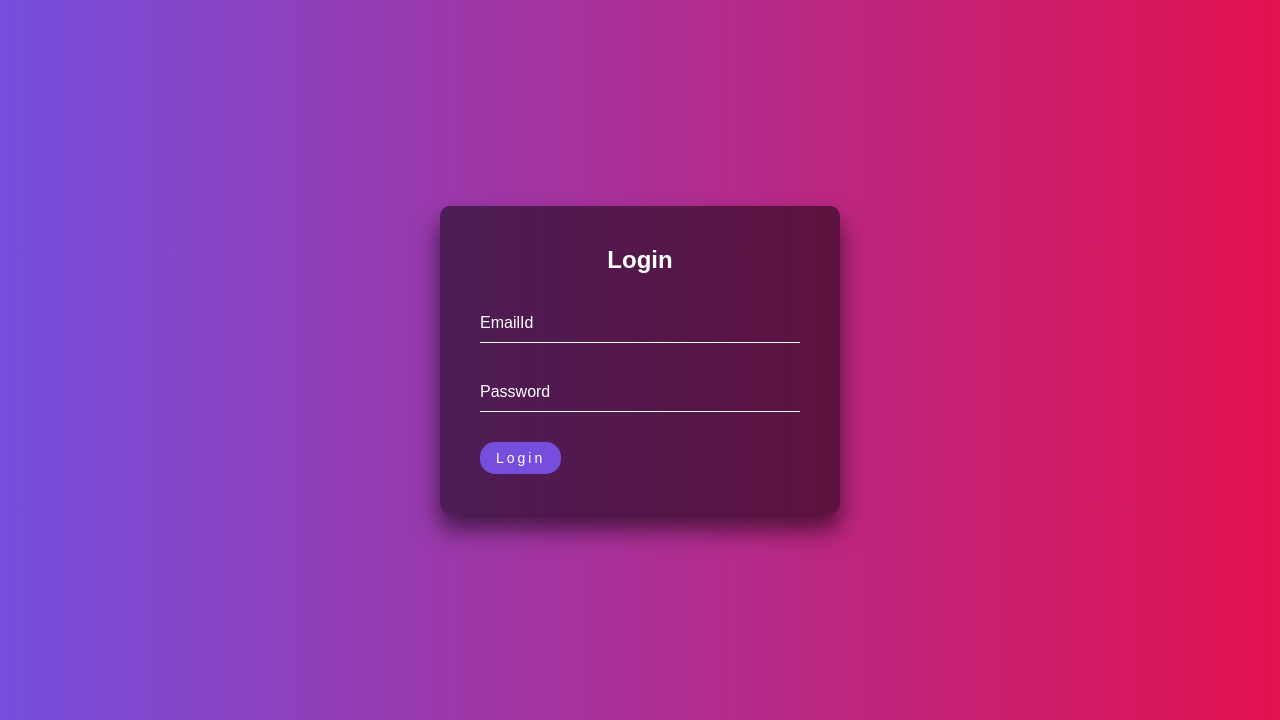
Repository: trilokdav/BATCH9BTR
Page: http://localhost/BusinessTripRequest/
An editor plug-in stored every save of this project. The page is shown before and after the next save, followed by the edit.
The browser window is 1280 px wide. The pictures show the whole page.
The page is served by Tomcat 9.

Above is the page before, as saved 2022-04-21 06:28:33.
Console error: SyntaxError: Unexpected token '{'

### TECH9BTR/BusinessTripRequest/src/main/webapp/index.jsp
<%@ page language="java" contentType="text/html; charset=ISO-8859-1"
 pageEncoding="ISO-8859-1"%>
<!DOCTYPE html>
<html lang="en">

<head>
  <meta charset="UTF-8">
  <meta http-equiv="X-UA-Compatible" content="IE=edge">
  <meta name="viewport" content="width=device-width, initial-scale=1.0">
  <link href="css/login_style.css" rel="stylesheet" type="text/css">
  <title>Login</title>
  <style>
  .button
{
  text-align: center;
  margin:0 auto;
  align:center;

}
  </style>
</head>

<body>
	<% session.invalidate(); %>

	<div class="login-box">
    <h2>Login</h2>

    <form method="post" action="login.jsp">

      <div class="user-box">
        <input type="text" name="email" required>
        <label>EmailId</label>
      </div>
      <div class="user-box">
        <input type="password" name="password" required>
        <label>Password</label>
      </div>

     <input class="button" type="submit" name="submit" value="Login">
    </form>
  </div>
</body>
<script type="text/javascript">
   var status=document.getElementById("status");
   if(status=="success"{
	   console.log("Logged In");
   })

</script>
</html>

### TECH9BTR/BusinessTripRequest/src/main/webapp/css/login_style.css
html {
  height: 100%;
}

body {
  margin: 0;
  padding: 0;
  font-family: sans-serif;
  background: linear-gradient(to right, #754edd, #e2114f);
}



.login-box {
  position: absolute;
  top: 50%;
  left: 50%;
  width: 400px;
  padding: 40px;
  transform: translate(-50%, -50%);
  background: rgba(0, 0, 0, .5);
  box-sizing: border-box;
  box-shadow: 0 15px 25px rgba(0, 0, 0, .6);
  border-radius: 10px;
}

.login-box h2 {
  margin: 0 0 30px;
  padding: 0;
  color: #fff;
  text-align: center;
}

.login-box .user-box {
  position: relative;
}

.login-box .user-box input {
  width: 100%;
  padding: 10px 0;
  font-size: 16px;
  color: #fff;
  margin-bottom: 30px;
  border: none;
  border-bottom: 1px solid #fff;
  outline: none;
  background: transparent;
}

.login-box .user-box label {
  position: absolute;
  top: 0;
  left: 0;
  padding: 10px 0;
  font-size: 16px;
  color: #fff;
  pointer-events: none;
  transition: .5s;
}

.login-box .user-box input:focus~label,
.login-box .user-box input:valid~label {
  top: -20px;
  left: 0;
  color: #8fe7e0;
  font-size: 12px;
}

.login-box form button {
  position: relative;
  display: inline-block;
  padding: 8px 16px;
  color: #ffffff;
  background: #754edd;
  border-radius: 15px;
  font-size: 14px;
  text-decoration: none;
  overflow: hidden;
  transition: .5s;
  margin-top: 40px;
  letter-spacing: 3px;
  border: none;
}

.button {
  position: relative;
  display: inline-block;
  padding: 8px 16px;
  color: #ffffff;
  background: #754edd;
  border-radius: 15px;
  font-size: 14px;
  text-decoration: none;
  overflow: hidden;
  transition: .5s;
  margin-top: 40px;
  letter-spacing: 3px;
  border: none;
}

.login-box button:hover {
  background: #e2114f;
  color: #fff;
  border-radius: 15px;
  border: none;


}

.login-box button span {
  position: absolute;
  display: block;
}

After the next save:
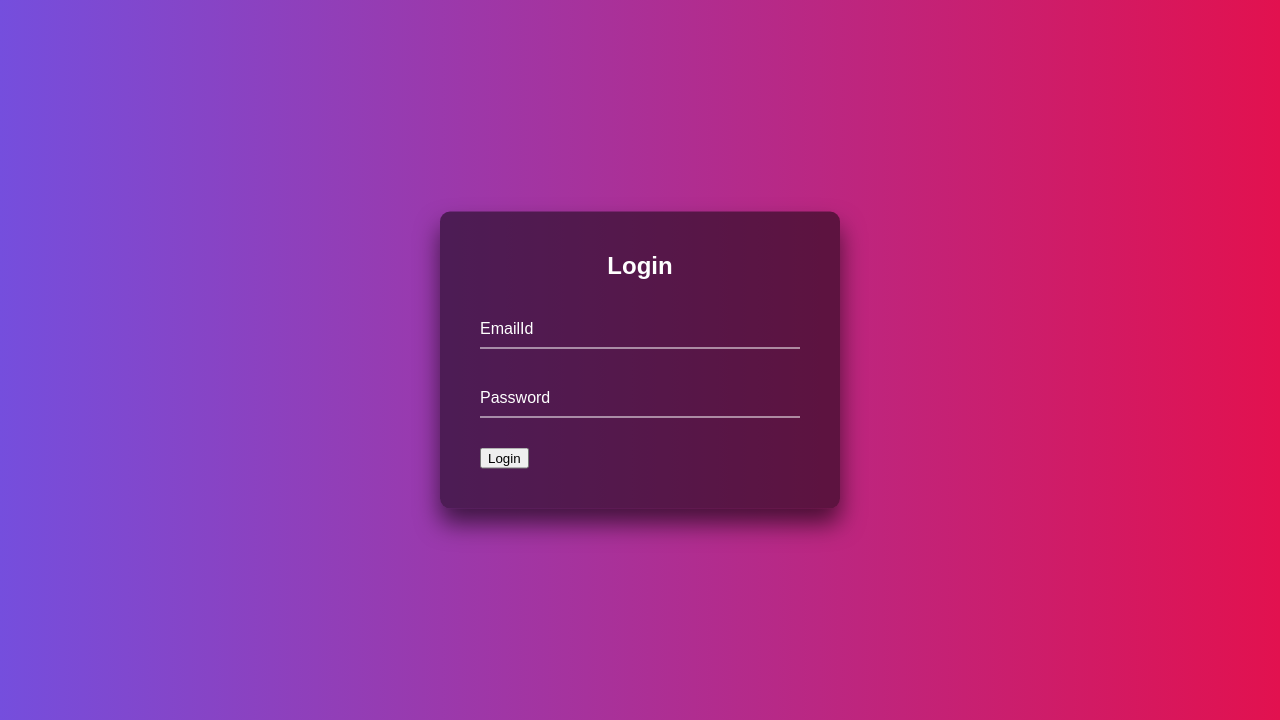
Saved 13 s later.
--- a/TECH9BTR/BusinessTripRequest/src/main/webapp/css/login_style.css
+++ b/TECH9BTR/BusinessTripRequest/src/main/webapp/css/login_style.css
@@ -82,7 +82,7 @@ body {
   border: none;
 }
 
-.button {
+button {
   position: relative;
   display: inline-block;
   padding: 8px 16px;
